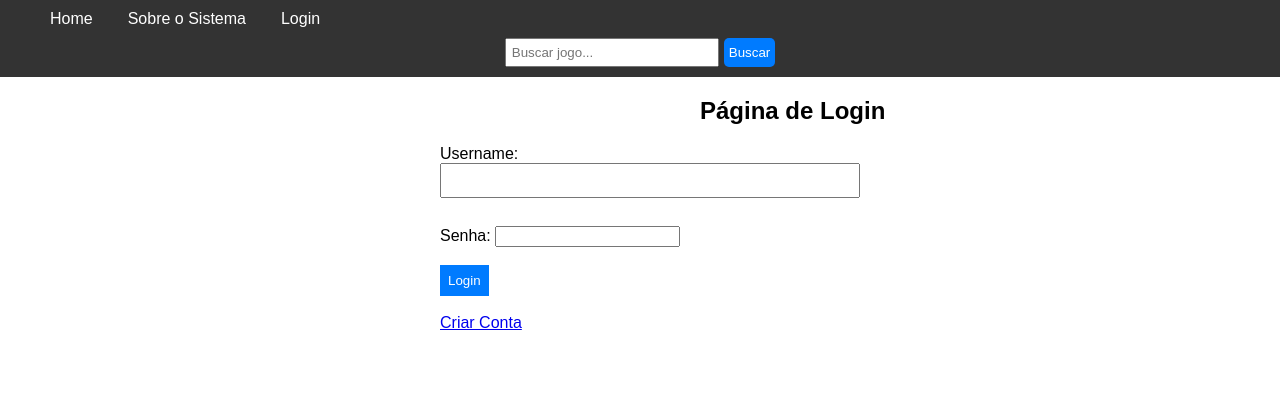
Repository: lucasparila/JogosEletronicos
Page: http://localhost/JogosEletronicos/view/login.jsp
The author's editor kept a copy of each file at every save. The page is drawn from the files as they stood at one save, then again after the next save.
The browser window is 1280 px wide. The pictures show the whole page.
The page is served by Tomcat 9. Other server files are loaded and not shown.

Above is the page before, as saved 2025-05-17 19:01:53.

### JogosEletronicos/src/main/webapp/view/login.jsp
<%@ page contentType="text/html; charset=UTF-8" pageEncoding="UTF-8" %>
<!DOCTYPE html>
<html>
<head>
    <title>Cadastrar Jogo</title>
    <link rel="stylesheet" href="<%= request.getContextPath() %>/css/header.css">
    <link rel="stylesheet" href="<%= request.getContextPath() %>/css/login.css">
</head>
<body>

<%
    String contextPath = ((HttpServletRequest) request).getContextPath();
%>

    <jsp:include page="header.jsp" />
    <h2 class="titulo-login">Página de Login</h2>

    <form class="form-login" action="<%= request.getContextPath() %>/login" method="post">
        <label>Username:</label>
        <input type="text" name="username" required><br><br>
        <label>Senha:</label>
        <input type="password" name="senha" required><br><br>
        <input type="submit" value="Login"><br><br>

        <a href="<%= contextPath %>/view/criar-conta.jsp">Criar Conta</a>
    </form>

    <% String mensagem = (String) session.getAttribute("mensagem"); %>
<% if (mensagem != null) { %>
    <p class="mensagem"><%= mensagem %></p>
    <% session.removeAttribute("mensagem"); %> <!-- Remove após exibir -->
<% } %>
</body>
</html>

### JogosEletronicos/src/main/webapp/view/header.jsp
<%@ page contentType="text/html; charset=UTF-8" pageEncoding="UTF-8" session="true" %>
<!DOCTYPE html>
<html>
<head>
    <title>Header</title>
    <link rel="stylesheet" href="<%= request.getContextPath() %>/css/header.css">
</head>
<body>

<%
    String username = (String) session.getAttribute("username");
    String contextPath = request.getContextPath();
%>

<header>
    <nav class="navbar">

            <% if (username != null) { %>
            	 <ul class="menu">
            		<li><a href="<%= contextPath %>/index.jsp">Home</a></li>
            		<li><a href="<%= contextPath %>/view/sobre-sistema.jsp">Sobre o Sistema</a></li>
            		<li><a href="<%= contextPath %>/view/exibirJogo.jsp">Meus jogos</a></li>
            		<li class="usuario"><span class="saudacao"><%= username %>!</span></li>
               		<li class="sair"><a href="<%= contextPath %>/logout" class="logout">Sair</a></li>
       			 </ul>

            <% } else { %>
           		 <ul class="menu">
           			 <li><a href="<%= contextPath %>/index.jsp">Home</a></li>
            		 <li><a href="<%= contextPath %>/view/sobre-sistema.jsp">Sobre o Sistema</a></li>
            		 <li><a href="<%= contextPath %>/view/login.jsp">Login</a></li>
       			 </ul>

            <% } %>
    </nav>

    <!-- Campo de busca -->
    <form action="<%= contextPath %>/buscar-jogo" method="post" class="search-form">
        <input type="text" name="titulo" placeholder="Buscar jogo..." required>
        <button type="submit">Buscar</button>
    </form>
</header>

</body>
</html>

### JogosEletronicos/src/main/webapp/css/header.css
body, html {
    margin: 0;
    padding: 0;
    font-family: Arial, sans-serif;
}

header {
    background-color: #333;
    padding: 10px;
    display: flex;
    flex-direction: column;
    align-items: center;
}

.navbar {
    display: flex;
    justify-content: space-between;
    width: 100%;
    max-width: 1200px;
    align-items: center;
}

.menu {
    list-style: none;
    padding: 0;
    margin: 0;
    display: flex;
}

.menu li {
    margin-right: 15px;
}

.menu li a {
    color: #fff;
    text-decoration: none;
    padding: 5px 10px;
    transition: background-color 0.3s;
}

.menu li a:hover {
    background-color: #555;
}

.usuario{
	margin-left: 700px;
}

.sair{
	margin-left: 800px;
}
.search-form {
    margin-top: 10px;
    display: flex;
    justify-content: center;
    width: 100%;
}

.search-form input[type="text"] {
    padding: 5px;
    margin-right: 5px;
    width: 200px;
}

.search-form button {
    padding: 5px;
    background-color: #007bff;
    color: #fff;
    border: none;
    cursor: pointer;
    border-radius: 5px;
}

.search-form button:hover {
    background-color: #0056b3;
}

### JogosEletronicos/src/main/webapp/css/login.css
.form-login {
    display: block;
    max-width: 400px;
    margin: auto;
}

.titulo-login {
	margin-left: 700px;
}

.form-login  input[type="text"],
.form-login  textarea,
.form-login password,
.form-login  input[type="file"] {
    width: 100%;
    padding: 8px;
    margin-bottom: 10px;
}
.form-login  button,
.form-login  input[type="submit"] {
    padding: 8px;
    background-color: #007bff;
    color: white;
    border: none;
    cursor: pointer;
}
.mensagem{
	color: red;
	margin-left: 800px;
}

After the next save:
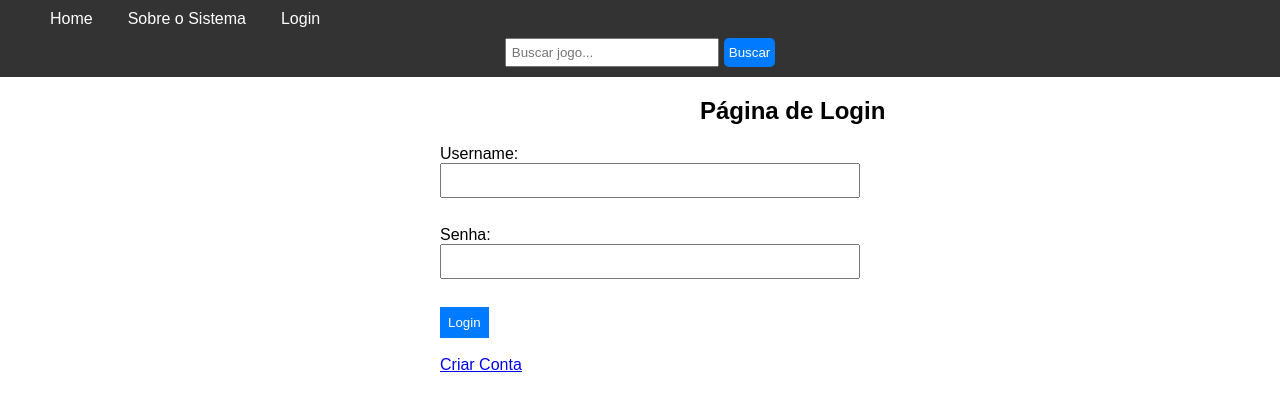
Saved 52 s later.
--- a/JogosEletronicos/src/main/webapp/css/login.css
+++ b/JogosEletronicos/src/main/webapp/css/login.css
@@ -10,7 +10,7 @@
 
 .form-login  input[type="text"],
 .form-login  textarea,
-.form-login password,
+.form-login  input[type="password"],
 .form-login  input[type="file"] {
     width: 100%;
     padding: 8px;
